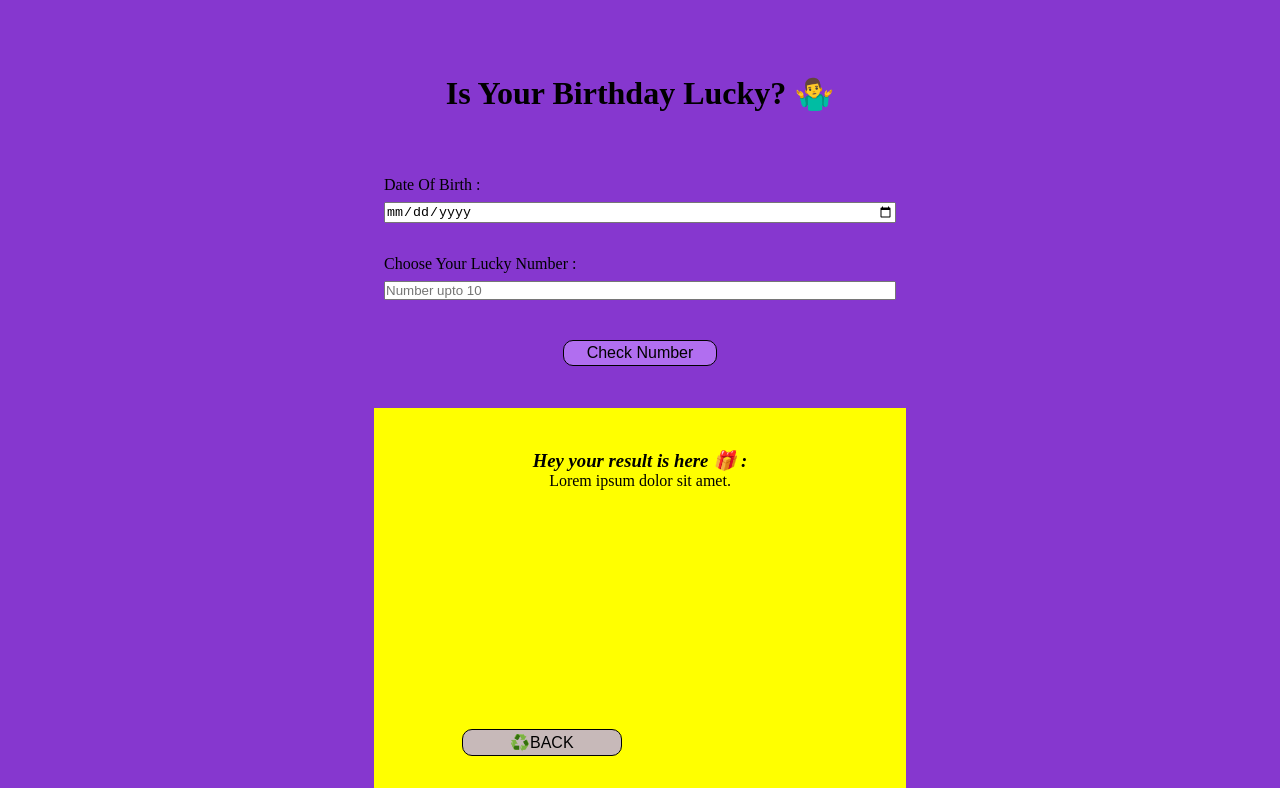
Repository: patelamancode/Lucky-Birthday-App
Page: index.html
An editor plug-in stored every save of this project. The page is shown before and after the next save, followed by the edit.
The browser window is 1280 px wide. The pictures show the whole page.

Above is the page before, as saved 2022-11-23 15:31:19.

### index.html
<!DOCTYPE html>
<html lang="en">
<head>
    <meta charset="UTF-8">
    <meta http-equiv="X-UA-Compatible" content="IE=edge">
    <meta name="viewport" content="width=device-width, initial-scale=1.0">
    <link rel="stylesheet" href="index.css">
    <title>Is your birthday lucky</title>
</head>
<body>
    <div id="main-container">
        <h1 class="app-title">Is Your Birthday Lucky? 🤷‍♂️</h1>
        <label for="date-of-birth" class="dob">Date Of Birth :</label>
        <input type="date" id="selected-dob">
        <label for="lucky-number" class="favourite-number">Choose Your Lucky Number :</label>
        <input type="number" class="user-number" placeholder="Number upto 10">
        <button id="check-btn">Check Number</button>
    </div>
    <div id="graphic-container">
        <h3 id="result-heading">Hey your result is here 🎁 :</h3>
        <p id="final-result">Lorem ipsum dolor sit amet.</p>
        <button id="back-btn">♻️BACK</button>
    </div>
    <script src="index.js"></script>
</body>
</html>

### index.css
*{
    margin: 0;
    padding: 0;
}
 body{
    background-color: rgb(134, 55, 207);
 }

 #main-container {
    display: flex;
    flex-direction: column;
    width: 40vw;
    margin: auto;
    margin-top: 2rem;
    padding: 10px;
    text-align: center;
 }

 .app-title{
    margin: 2rem 0;
 }
 label{
    width: auto;
    text-align: left;
    margin-top: 2rem;
    margin-bottom: 0.5rem;
 }
 /* input{
    -webkit-appearance: none;
    box-shadow: none !important;
 } */
 button{
    margin: auto;
    margin-top: 2.5rem;
    width: 30%;
    padding: 3px;
    font-size: 1rem;
    font-weight: 500;
    border: 1px solid;
    background-color: rgb(177, 110, 240);
    border-radius: 10px;
 }

/* change in display to flex from none */
 #graphic-container{
    display: flex;
    flex-direction: column;
    width: 40vw;
    height: 50vh;
    margin: auto;
    margin-top: 2rem;
    padding: 10px;
    text-align: center;
    background-color: yellow;
    position: relative;

 }
#result-heading{
  font-style: italic;
   margin-top: 2rem;
 }

 #back-btn{
   position: absolute;
   bottom: 2rem;
   left: 5.5rem;
   background-color: rgb(199, 185, 185);
 }

### index.js
const checkButton = document.querySelector('#check-btn');
const appContent = document.querySelector('#main-container');
const userBirthDate = document.querySelector('#selected-dob');
const luckyNumber = document.querySelector('.user-number');
const graphicDisplay = document.querySelector('#graphic-container');
const backButton = document.querySelector('#back-btn');



function showResult() {
    hideContent();
    graphicDisplay.style.display = "flex";
};

function hideContent() {
    appContent.style.display = "none";
};


function specialDateIs() {
    let value = userBirthDate.value.split("-");
    var sum = 0;
    for (let i = 0; i < value.length; i++) {
        sum += parseInt(value[i]);
    }
    console.log(sum);
    if (sum % luckyNumber.value == 0) {
        console.log("you have a special birthdate")
    } else console.log("Opps your birthdate is normal");

};


checkButton.addEventListener('click', function() {
    specialDateIs();
    showResult();
    console.log(value);
});

backButton.addEventListener('click',function(){
    appContent.style.display = "flex";
    graphicDisplay.style.display = "none"
    window.location.reload();
});

After the next save:
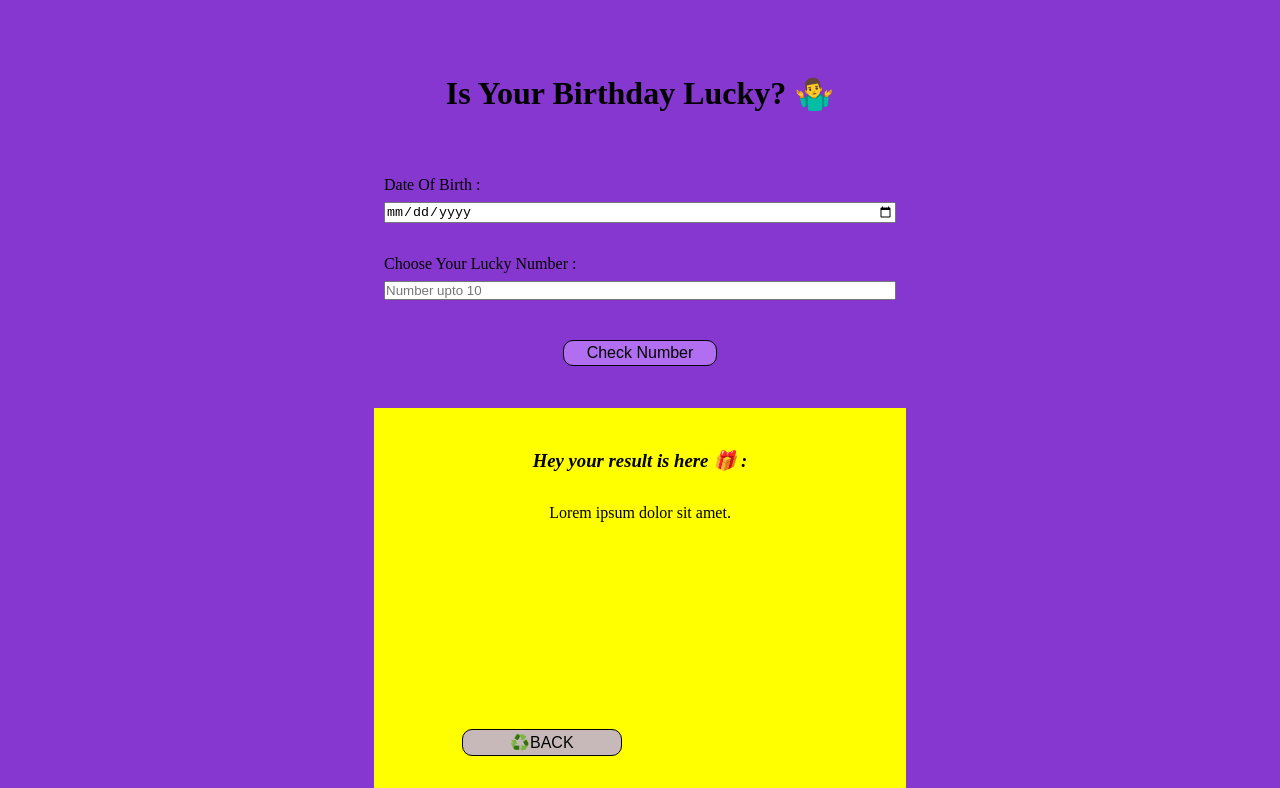
Saved 15 s later.
--- a/index.css
+++ b/index.css
@@ -60,6 +60,10 @@
    margin-top: 2rem;
  }
 
+ #final-result{
+   margin: 2rem;
+ }
+
  #back-btn{
    position: absolute;
    bottom: 2rem;
